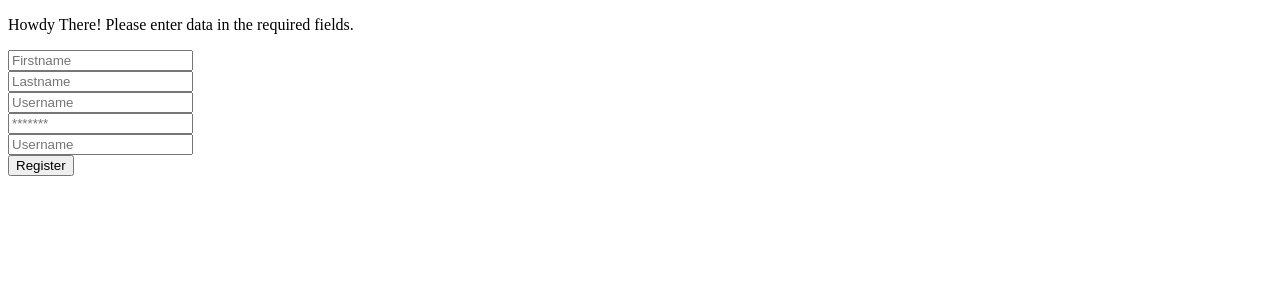
Repository: Rudii/project4
Page: http://localhost/admin_login.php
The author's editor kept a record of every edit. The page is drawn from the files as they stood at one moment, then again after the next edit.
The browser window is 1280 px wide. The pictures show the whole page.
The page is run by PHP 8.4 with error messages shown; the project is at /var/www/html/.

Above is the page before.

After the next edit:
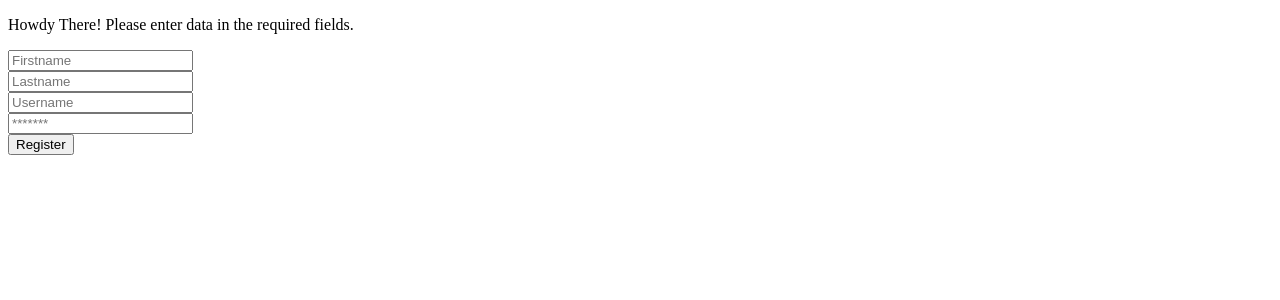
The edit:
--- a/admin_login.php
+++ b/admin_login.php
@@ -14,7 +14,6 @@
          <input type="text" name="Last" placeholder="Lastname"/> <br />
          <input type="text" name="Username" placeholder="Username" /> <br />
          <input type="password" name="Password" placeholder="*******" /> <br />
-         <input type="text" name="Username" placeholder="Username" /> <br />
 
          <input type="submit" value="Register"/>
      </form>
